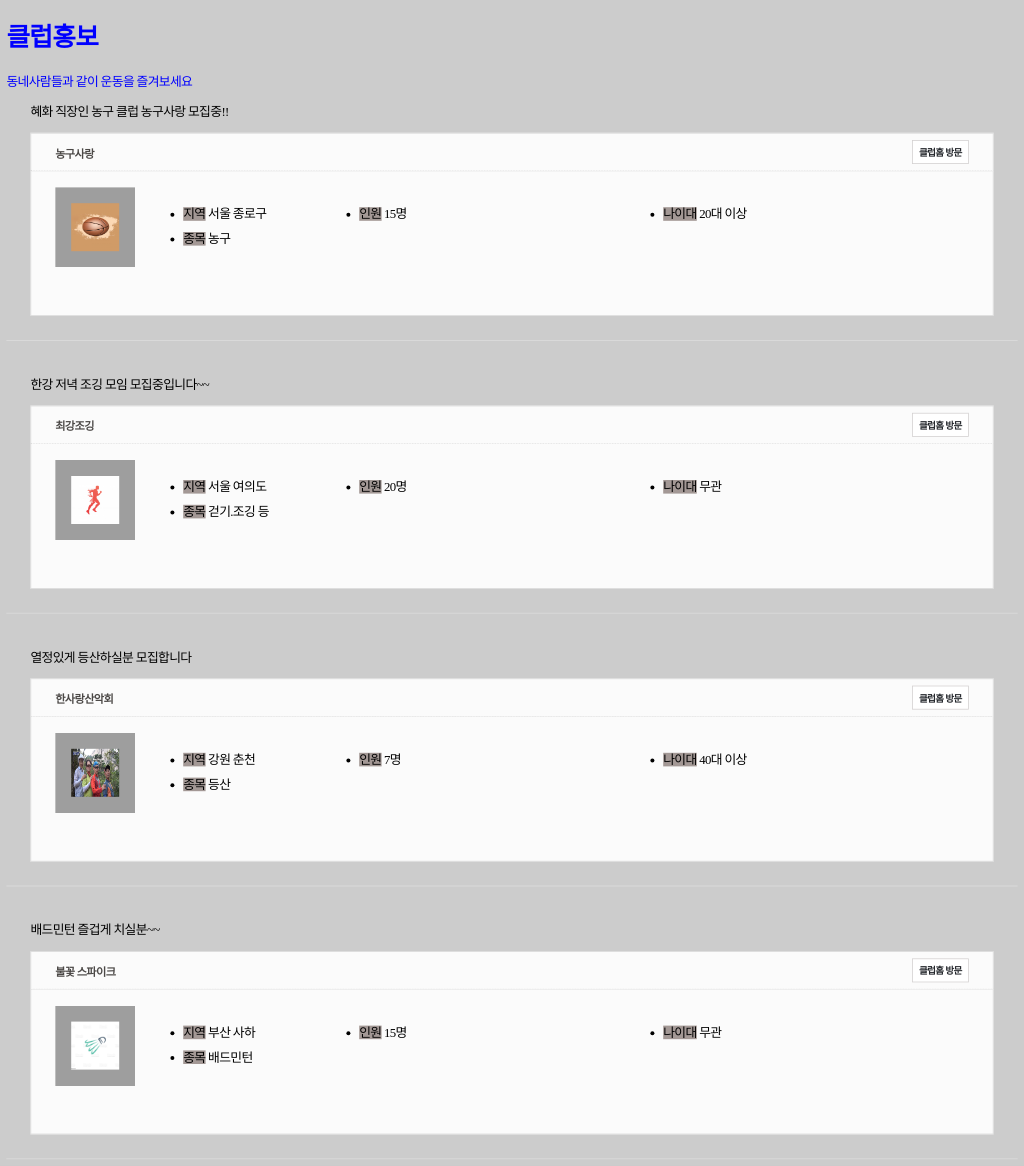
Repository: jaemin333/study
Page: club.html
An editor plug-in stored every save of this project. The page is shown before and after the next save, followed by the edit.
The browser window is 1280 px wide. The pictures show the whole page, at 80% of full size.
Pictures or frames that could not be fetched are drawn as grey boxes.

Above is the page before, as saved 2021-07-02 21:53:23.

### club.html
<!DOCTYPE html>
<html lang="ko">
<head>
    <meta charset="UTF-8">
    <meta http-equiv="X-UA-Compatible" content="IE=edge">
    <meta name="viewport" content="width=device-width, initial-scale=1.0">
    <link rel ="stylesheet" type = "text/css" href = "style.css">
    <title>club</title>
</head>
<body>
    <div class="title">
        <h1 class="h1">클럽홍보</h1>
        <span class = "sentence">동네사람들과 같이 운동을 즐겨보세요</span>
    </div>

    <div class = "clubList">
    <div class = "clubBox">
        <p class = "clubTip">
            <a>혜화 직장인 농구 클럽 농구사랑 모집중!!</a>
        </p>
    <div class ="cbClubName">
        <a>농구사랑</a>
        <a class ="iButton">클럽홈 방문</a>
    </div>

    <div class ="cbInfo">
        <div class="cbMark">
            <span class="clubmark">
                <img src = "bask.png" width="60" height=60">
        </div>
    <ul>
        <li>
            <span class = "info dark">지역</span>
             서울 종로구
        </li>
        <li style = "width:380px;">
            <span class = "info dark">인원</span>
             15명
        </li>
        <li style = "width:380px;">
            <span class = "info dark">나이대</span>
             20대 이상
        </li>
        <li style = "width:380px;">
            <span class = "info dark">종목</span>
             농구
        </li>
    </ul>
    </div>
    </div>
    </div>

    <div class = "clubList">
        <div class = "clubBox">
            <p class = "clubTip">
                <a>한강 저녁 조깅 모임 모집중입니다~~</a>
            </p>
        <div class ="cbClubName">
            <a>최강조깅</a>
            <a class ="iButton">클럽홈 방문</a>
        </div>

        <div class ="cbInfo">
            <div class="cbMark">
                <span class="clubmark">
                    <img src = "run.jpg" width="60" height="60">
            </div>
        <ul>
            <li>
                <span class = "info dark">지역</span>
                 서울 여의도
            </li>
            <li style = "width:380px;">
                <span class = "info dark">인원</span>
                 20명
            </li>
            <li style = "width:380px;">
                <span class = "info dark">나이대</span>
                 무관
            </li>
            <li style = "width:380px;">
                <span class = "info dark">종목</span>
                 걷기.조깅 등
            </li>
        </ul>
        </div>
        </div>
        </div>

        <div class = "clubList">
            <div class = "clubBox">
                <p class = "clubTip">
                    <a>열정있게 등산하실분 모집합니다</a>
                </p>
            <div class ="cbClubName">
                <a>한사랑산악회</a>
                <a class ="iButton">클럽홈 방문</a>
            </div>

            <div class ="cbInfo">
                <div class="cbMark">
                    <span class="clubmark">
                        <img src = "hike.png" width="60" height="60">
                </div>
            <ul>
                <li>
                    <span class = "info dark">지역</span>
                     강원 춘천
                </li>
                <li style = "width:380px;">
                    <span class = "info dark">인원</span>
                     7명
                </li>
                <li style = "width:380px;">
                    <span class = "info dark">나이대</span>
                     40대 이상
                </li>
                <li style = "width:380px;">
                    <span class = "info dark">종목</span>
                     등산
                </li>
            </ul>
            </div>
            </div>
            </div>


            <div class = "clubList">
                <div class = "clubBox">
                    <p class = "clubTip">
                        <a>배드민턴 즐겁게 치실분~~</a>
                    </p>
                <div class ="cbClubName">
                    <a>불꽃 스파이크</a>
                    <a class ="iButton">클럽홈 방문</a>
                </div>

                <div class ="cbInfo">
                    <div class="cbMark">
                        <span class="clubmark">
                            <img src = "badminton.jpg" width="60" height="60">
                    </div>
                <ul>
                    <li>
                        <span class = "info dark">지역</span>
                         부산 사하
                    </li>
                    <li style = "width:380px;">
                        <span class = "info dark">인원</span>
                         15명
                    </li>
                    <li style = "width:380px;">
                        <span class = "info dark">나이대</span>
                         무관
                    </li>
                    <li style = "width:380px;">
                        <span class = "info dark">종목</span>
                         배드민턴
                    </li>
                </ul>
                </div>
                </div>
                </div>








</body>
</html>

### style.css
div {
    display:block;
}



body {
    background-color: #ccc;
    word-break: break-all;
    -ms-word-break: break-all;
    letter-spacing: -0.050em;
}


.clubBox{
    position: relative;
    padding: 25px 30px 30px 30px;
    border-bottom: 1px solid #dddddd;
}


ul{
    display: block;
    margin-block-start: 1em;
    margin-block-end: 1em;
    margin-inline-start: 0px;
    margin-inline-end: 0px;
    padding-inline-start: 40px;
}

.clubBox li .info.dark{
    background-color: #a39895;
}

.iButton {
    display: inline-block;
    height: 18px;
    padding: 5px 8px;
    font-size: 12px;
    font-weight: bold;
    color: #24272c;
    text-align: center;
    background-color: white;
    border: 1px solid #d4d1d1;
}

.clubBox .iButton {
    position: absolute;
    top: 8px;
    right: 30px;
}

li {
    display: list-item;
    text-align: -webkit-match-parent;
}

.clubBox .cbInfo li {
    float: left;
    width: 220px;
    margin: 4px 0 3px 0;
    font-size: 16px;
    color: black;
}

.cbClubName {
    padding-bottom: 10px;
}

.clubBox .cbInfo {
    position: relative;
    padding: 20px;
    padding-left: 150px;
    border: 1px solid #dadada;
    border-top: 0;
    background-color: #fbfbfb;
    height:140px;
}

.clubBox .clubTit {
    margin-bottom: 15px;
    font-size: 16px;
    font-weight: bold;
    color: black;
}

p {
    display: block;
    margin-block-start: 1em;
    margin-block-end: 1em;
    margin-inline-start: 0px;
    margin-inline-end: 0px;
}

.clubBox .cbClubName {
    position: relative;
    padding: 14px 30px 12px 30px;
    font-size: 14px;
    font-weight: bold;
    color: #4b4846;
    border: 1px solid #dadada;
    border-bottom: 1px dotted #dddddd;
    background-color: #fbfbfb;
}

.clubBox .cbMark {
    position: absolute;
    top: 20px;
    left: 30px;
    background: url(https://img.sa.nexon.com/assets/clan/clamark_bg.jpg) no-repeat;
    width: 60px;
    height: 60px;
    padding: 20px 20px;
}

.clubTip a {
    color: black;
    text-decoration: none;
}

.title {
    position: relative;
    height: 39px;
    margin: 0 0 25px 0;
    font-size: 16px;
    color: blue;
}

After the next save:
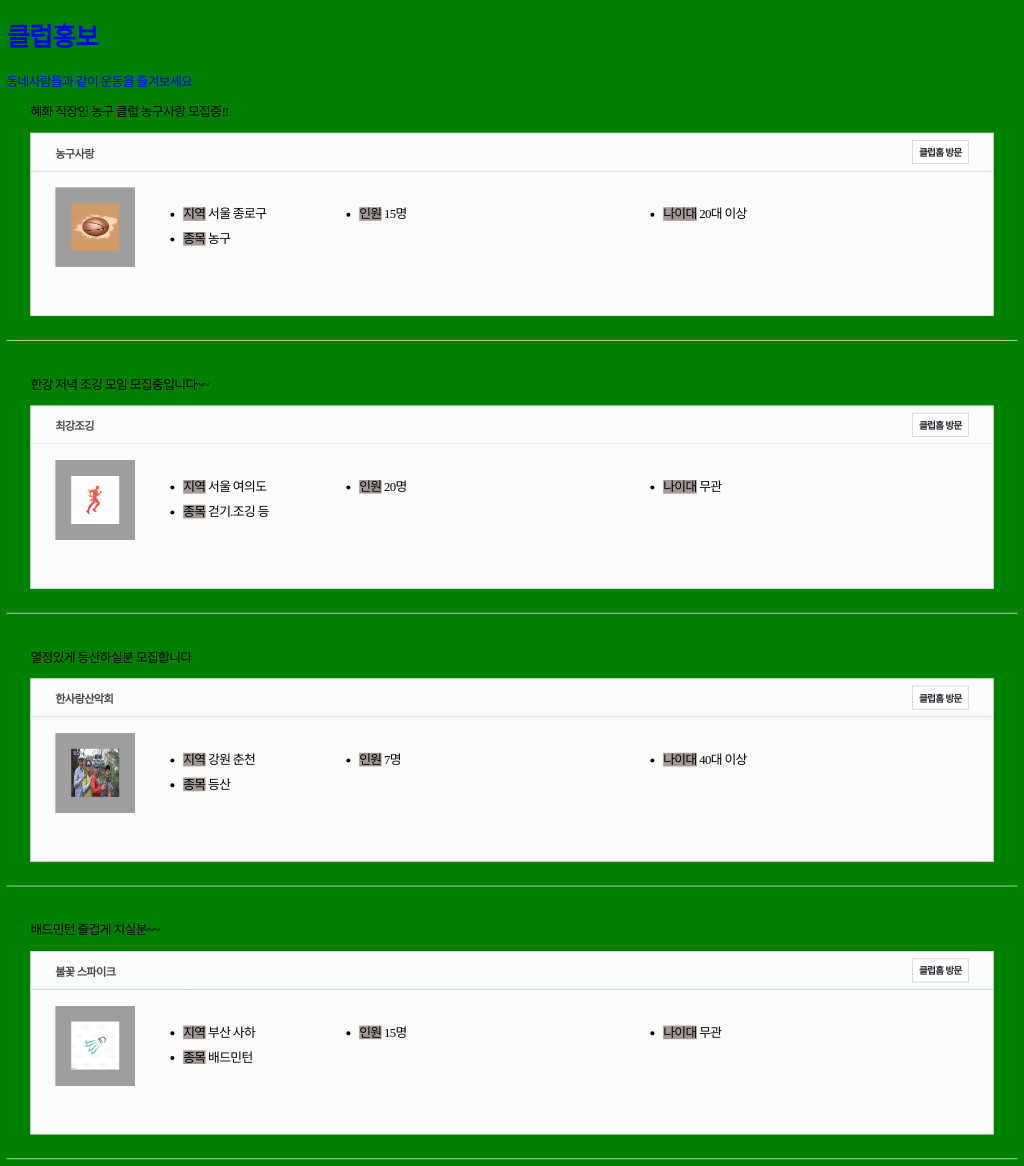
Saved 3 min 28 s later.
--- a/style.css
+++ b/style.css
@@ -5,7 +5,7 @@ div {
 
 
 body {
-    background-color: #ccc;
+    background-color: green;
     word-break: break-all;
     -ms-word-break: break-all;
     letter-spacing: -0.050em;
